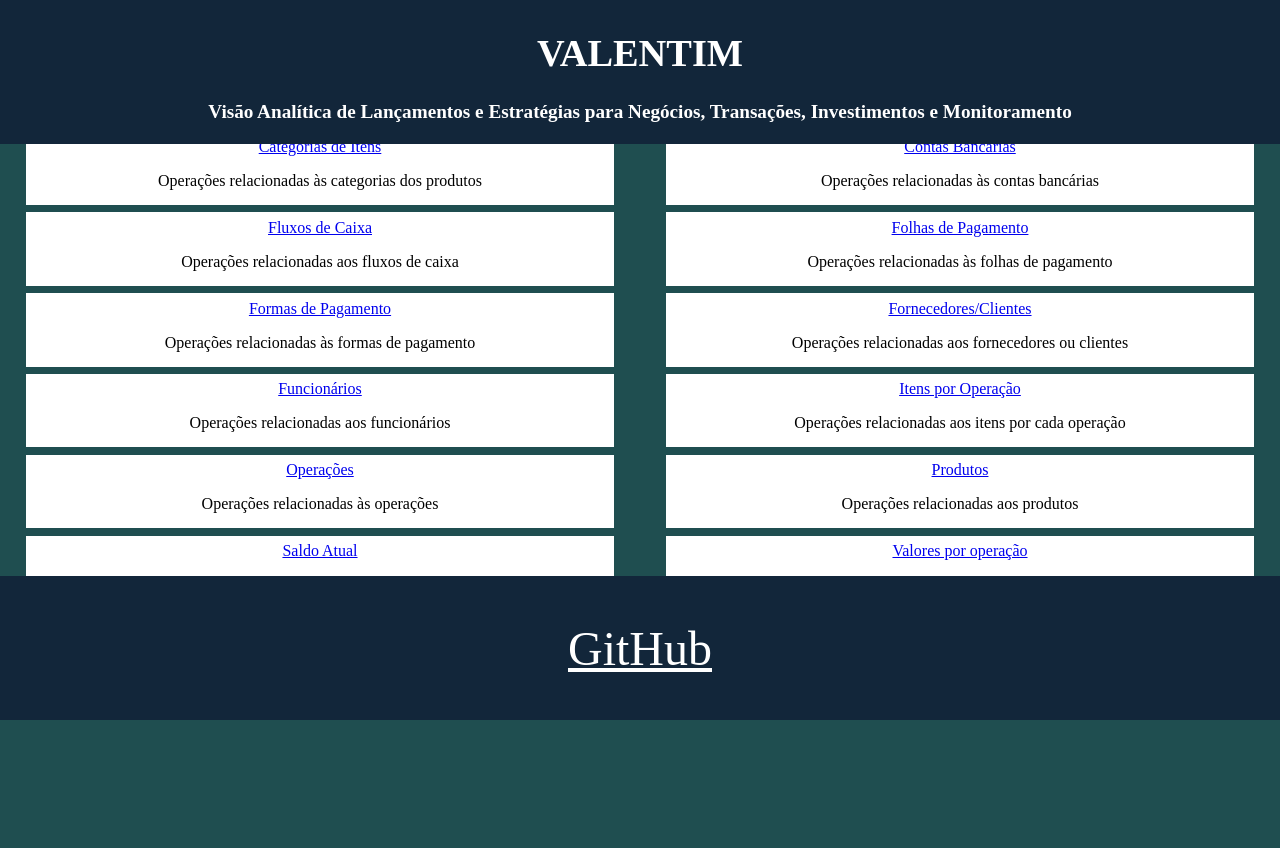
Repository: Matheus-Lacerda009/ERP-Financeiro
Page: Front/menu/menu.html
An editor plug-in stored every save of this project. The page is shown before and after the next save, followed by the edit.
The browser window is 1280 px wide. The pictures show the whole page.

Above is the page before, as saved 2026-07-13 19:01:35.

### Front/menu/menu.html
<!DOCTYPE html>
<html lang="en">
<head>
    <meta charset="UTF-8">
    <meta name="viewport" content="wclassth=device-wclassth, initial-scale=1.0">
    <link rel="stylesheet" href="menu.css">
    <title>Document</title>
</head>
<body>
    <header>
        <h1>VALENTIM</h1>
        <h2>Visão Analítica de Lançamentos e Estratégias para Negócios, Transações, Investimentos e Monitoramento</h2>
    </header>
    <main>
        <div id="espaço"></div>
        <div class="container">
            <div class="divEntidades">
                <a href="../categoria_item/categoria_item.html">Categorias de Itens</a>
                <p>Operações relacionadas às categorias dos produtos</p>
            </div>
            <div class="divEntidades">
                <a href="../conta_bancaria/conta_bancaria.html">Contas Bancárias</a>
                <p>Operações relacionadas às contas bancárias</p>
            </div>
            <div class="divEntidades">
                <a href="../fluxo_caixa/fluxo_caixa.html">Fluxos de Caixa</a>
                <p>Operações relacionadas aos fluxos de caixa</p>
            </div>
            <div class="divEntidades">
                <a href="../folha_pagamento/folha_pagamento.html">Folhas de Pagamento</a>
                <p>Operações relacionadas às folhas de pagamento</p>
            </div>
            <div class="divEntidades">
                <a href="../forma_pagamento/forma_pagamento.html">Formas de Pagamento</a>
                <p>Operações relacionadas às formas de pagamento</p>
            </div>
            <div class="divEntidades">
                <a href="../fornecedor_cliente/fornecedor_cliente.html">Fornecedores/Clientes</a>
                <p>Operações relacionadas aos fornecedores ou clientes</p>
            </div>
            <div class="divEntidades">
                <a href="../funcionario/funcionario.html">Funcionários</a>
                <p>Operações relacionadas aos funcionários</p>
            </div>
            <div class="divEntidades">
                <a href="../itens_operacao/itens_operacao.html">Itens por Operação</a>
                <p>Operações relacionadas aos itens por cada operação</p>
            </div>
            <div class="divEntidades">
                <a href="../operacao/operacao.html">Operações</a>
                <p>Operações relacionadas às operações</p>
            </div>
            <div class="divEntidades">
                <a href="../produtos/produtos.html">Produtos</a>
                <p>Operações relacionadas aos produtos</p>
            </div>
            <div class="divEntidades">
                <a href="../saldoAtual/saldoAtual.html">Saldo Atual</a>
                <p>Operações relacionadas ao saldo atual</p>
            </div>
            <div class="divEntidades">
                <a href="../valor_pVenda/valor_pVenda.html">Valores por operação</a>
                <p>Operações relacionadas aos valores por cada operação</p>
            </div>
            <div class="divEntidades">
                <a href="../valor_salario/valor_salario.html">Salários</a>
                <p>Operações relacionadas aos salários</p>
            </div>
            <div class="divEntidades">
                <a href="../notaFiscal/nota_fiscal.html">Notas Fiscais</a>
                <p>Operações relacionadas às notas fiscais</p>
            </div>
        </div>
    </main>
    <footer>
        <a href="https://github.com/Matheus-Lacerda009/ERP-Financeiro.git" id="github">GitHub</a>
    </footer>
</body>
</html>

### Front/menu/menu.css
body{
    overflow: hidden;
}
header{
    position: fixed;
    top: 0;
    left: 0;
    width: 100%;
    height: 20%;
    background-color: #12263A;
    z-index: 1;
    text-align: center;
    align-content: center;
}

footer{
    position: fixed;
    bottom: 0;
    left: 0;
    width: 100%;
    height: 20%;
    background-color: #12263A;
    text-align: center;
    align-content: center;
}

#github{
    color: white;
    font-size: 300%;
}

header, h1{
    font-size: 300%;
    color: white;
    font-size: 3vw;
}

header, h2{
    color: white;
    font-size: 1.5vw;
}

body{
    margin: 0;
    padding: 0;
    background-color: #1f4e50;
}

.container{
    margin-top: 10%;
    height: 100vh;
    width: 100%;
    box-sizing: border-box;
    display: grid;
    grid-template-columns: repeat(2, 7fr);
    align-content: start;
}

.divEntidades{
    height: 75%;
    width: 90%;
    background-color: white;
    text-align: center;
    padding: 1%;
    margin: auto;
}

After the next save:
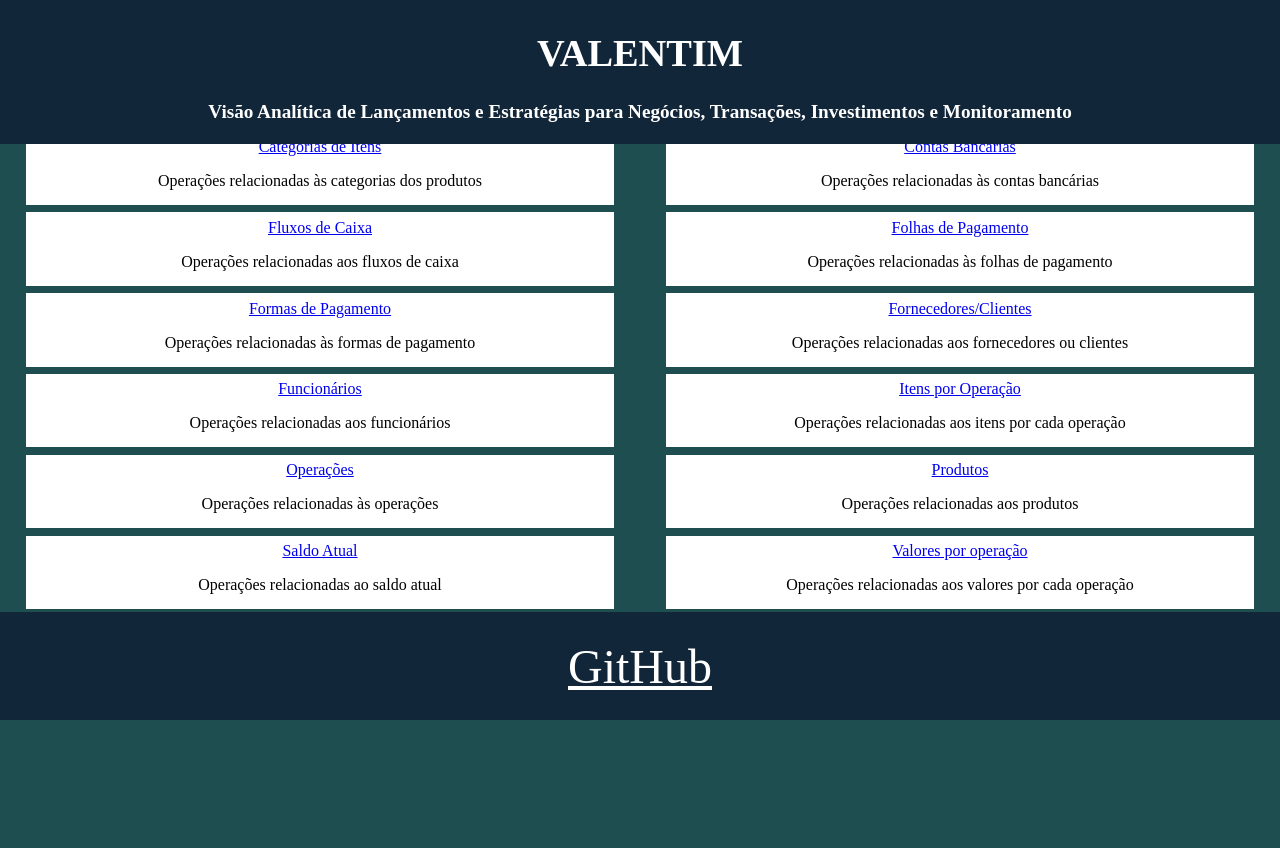
Saved 11 s later.
--- a/Front/menu/menu.css
+++ b/Front/menu/menu.css
@@ -18,7 +18,7 @@ footer{
     bottom: 0;
     left: 0;
     width: 100%;
-    height: 20%;
+    height: 15%;
     background-color: #12263A;
     text-align: center;
     align-content: center;
